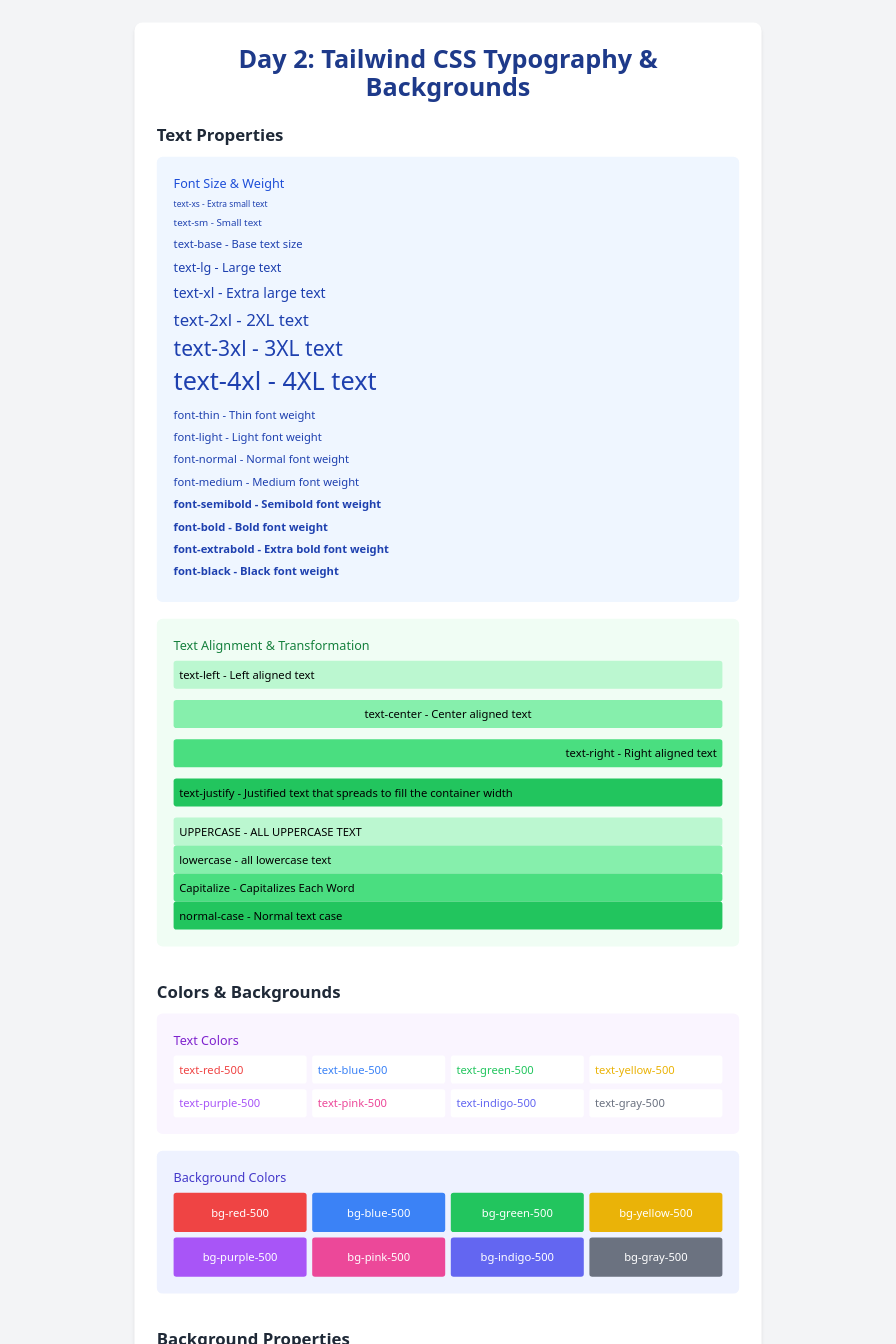
Repository: riyas-git-sys/Tailwind-complete-tutorial
Page: day2/day2.html
The author's editor kept a copy of each file at every save. The page is drawn from the files as they stood at one save, then again after the next save.
The browser window is 1280 px wide. The pictures show the part of the page from y = 0 to 1920 px (the page is 3164 px tall), at 70% of full size.
Some web libraries are served in a nearby version.

Above is the page before, as saved 2025-11-28 14:38:43.

After the next save:
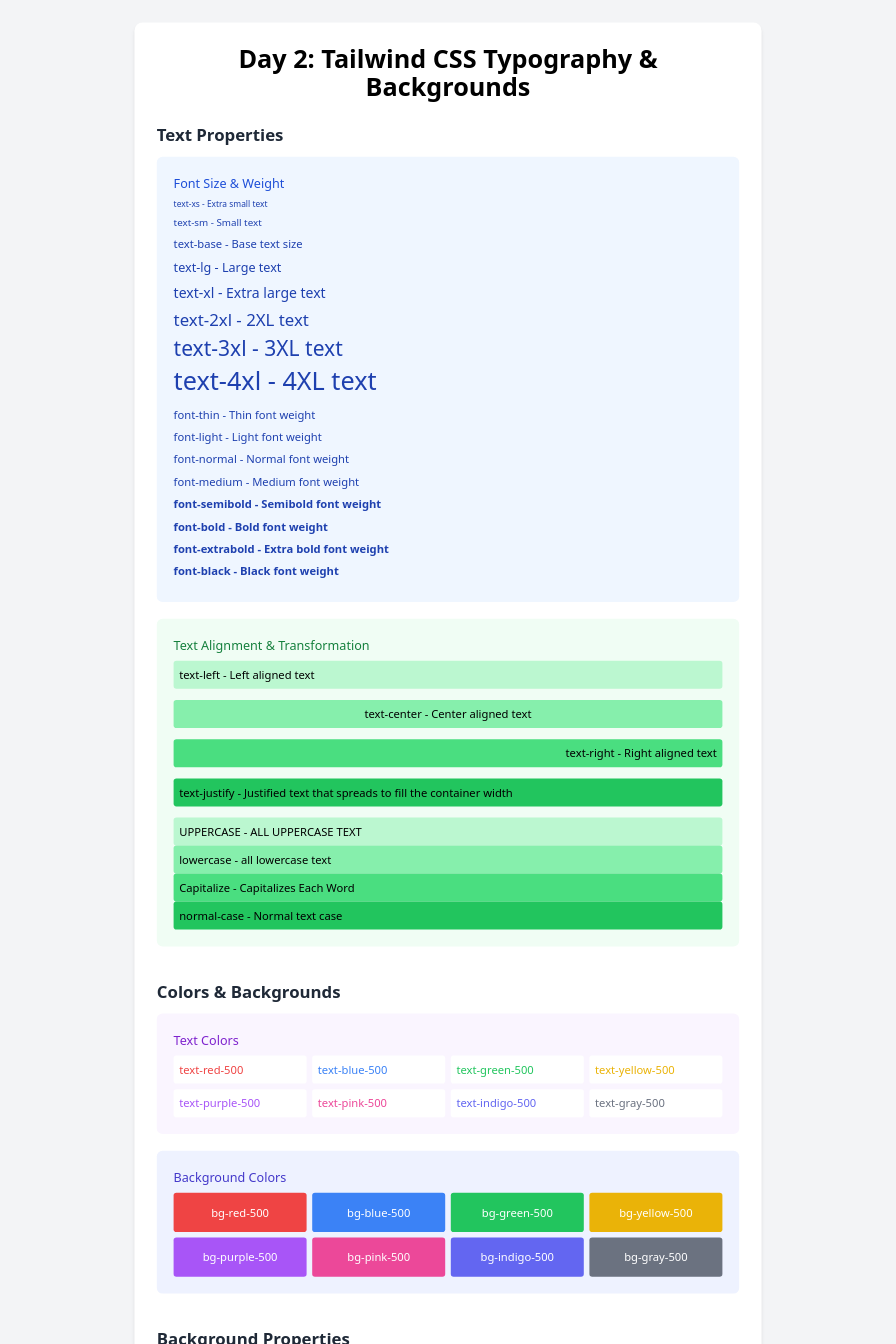
Saved 21 s later.
--- a/day2/day2.html
+++ b/day2/day2.html
@@ -8,7 +8,7 @@
 </head>
 <body class="bg-gray-100 p-8">
     <div class="max-w-4xl mx-auto bg-white rounded-xl shadow-md p-8">
-        <h1 class="text-4xl font-bold text-center text-blue-900 mb-8">Day 2: Tailwind CSS Typography & Backgrounds</h1>
+        <h1 class="text-4xl font-bold text-center text-blue-1000 mb-8">Day 2: Tailwind CSS Typography & Backgrounds</h1>
 
         <!-- Text Properties -->
         <section class="mb-12">
